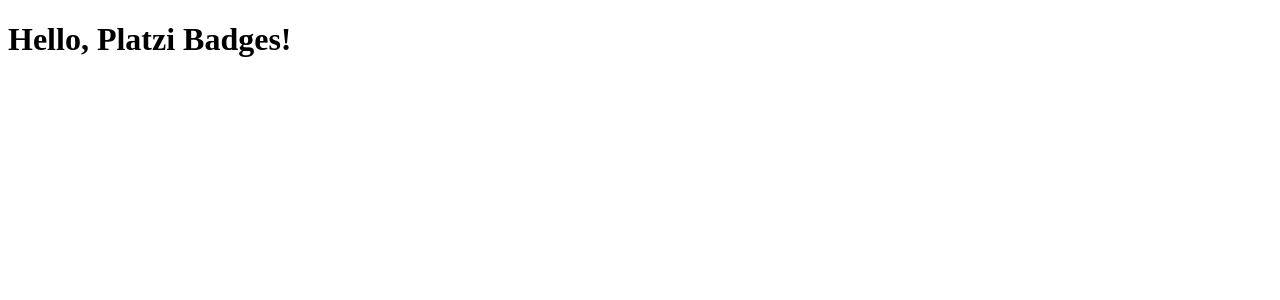
Repository: joseLozanoTamayo/project-react
Page: / (app in 1.ReactDOM.render/)
The author's editor kept a copy of each file at every save. The page is drawn from the files as they stood at one save, then again after the next save.
The browser window is 1280 px wide. The pictures show the whole page.
The project was rebuilt for these pictures with package versions that can differ from the ones it lists, and the page was loaded fresh each time.

Above is the page before, as saved 2019-05-22 21:02:33.

After the next save:
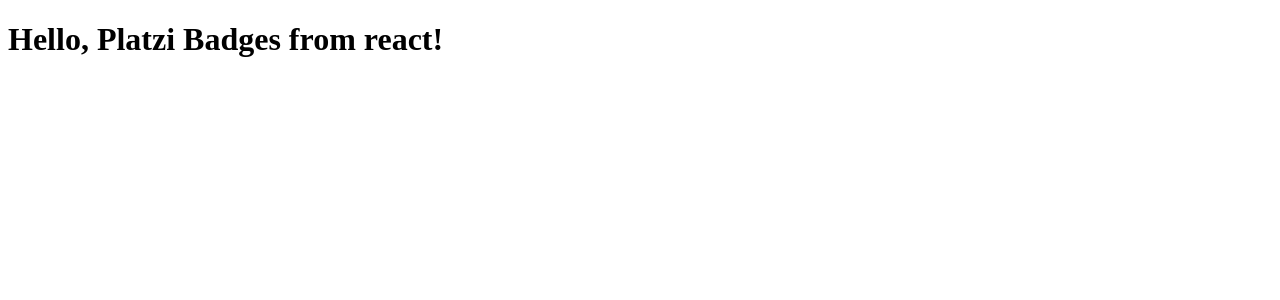
Saved 119 s later.
--- a/1.ReactDOM.render/src/index.js
+++ b/1.ReactDOM.render/src/index.js
@@ -8,7 +8,7 @@
 import React from 'react';
 import ReactDOM from 'react-dom';
 
-const element = <h1>Hello, Platzi Badges!</h1>;
+const element = <h1>Hello, Platzi Badges from react!</h1>;
 
 const container = document.getElementById('app');
 
